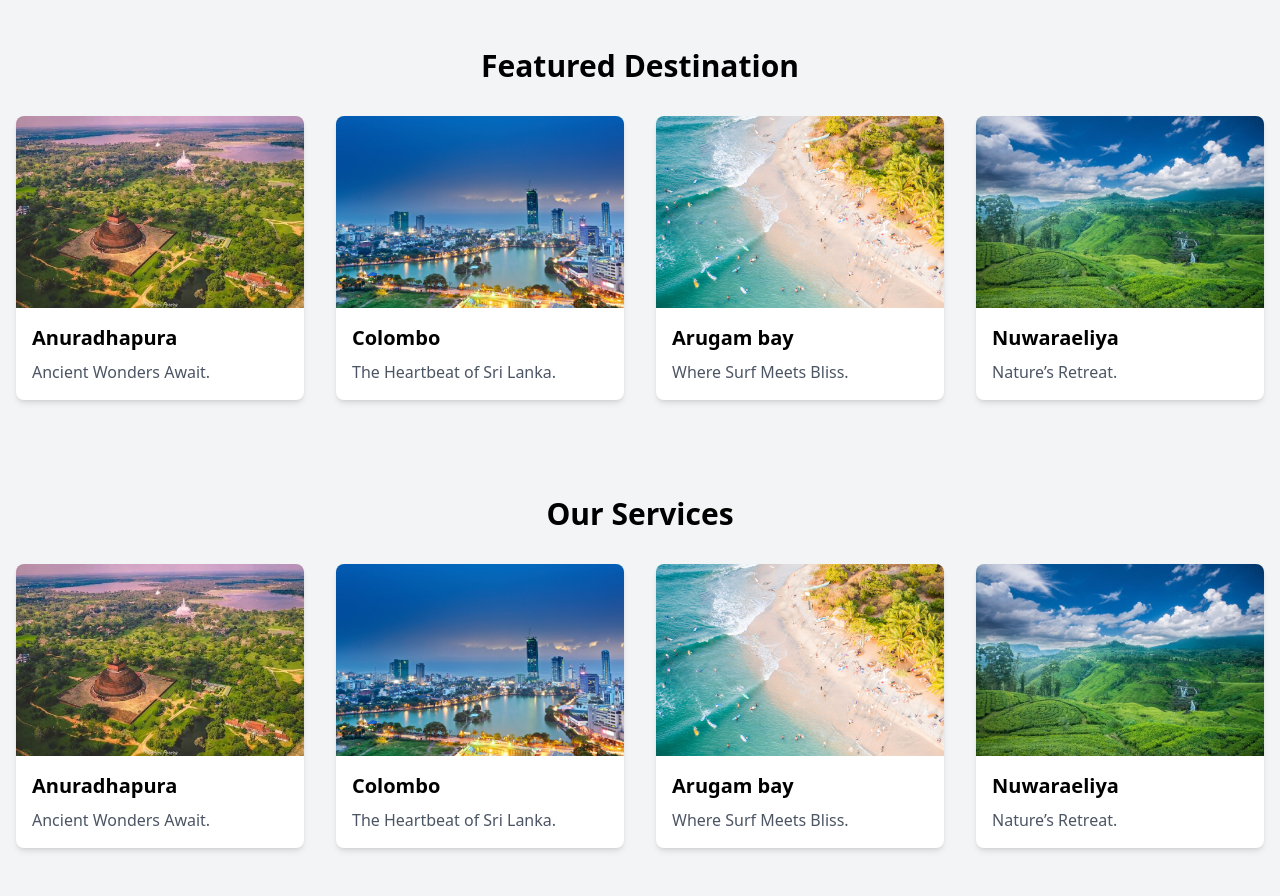
Repository: thisara199/Travel-Agency-Website
Page: /
An editor plug-in stored every save of this project. The page is shown before and after the next save, followed by the edit.
The browser window is 1280 px wide. The pictures show the part of the page from y = 720 to 1616 px (the page is 1616 px tall).
Pictures or frames that could not be fetched are drawn as grey boxes. The project was rebuilt for these pictures with package versions that can differ from the ones it lists, and the page was loaded fresh each time. Also part of the build but not shown: vite.config.js.

Above is the page before, as saved 2024-09-04 05:20:34.

After the next save:
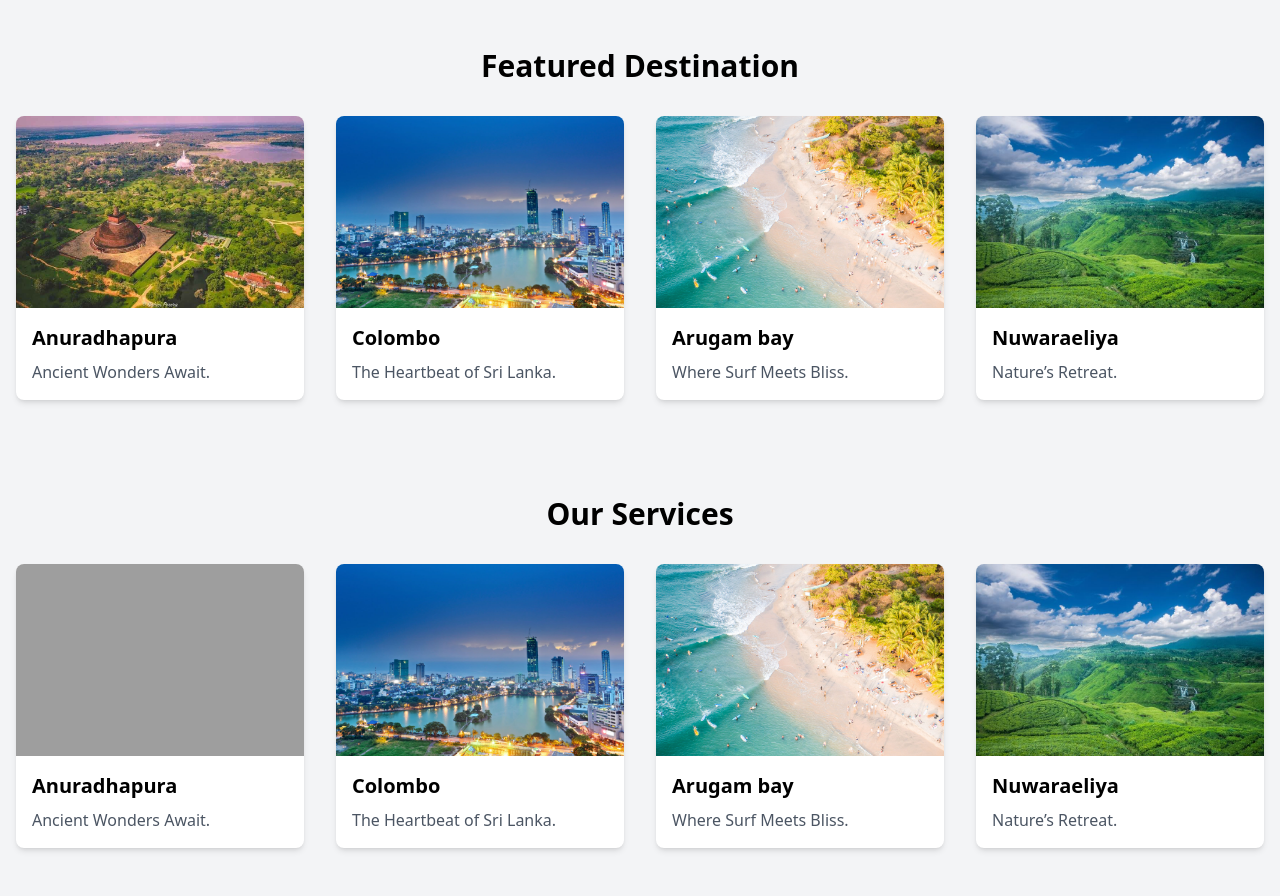
Saved 39 s later.
--- a/src/components/Services/Services.jsx
+++ b/src/components/Services/Services.jsx
@@ -2,11 +2,12 @@ import Img1 from '../../assets/FeaturedDestination/Anuradhapura.jpg'
 import Img2 from '../../assets/FeaturedDestination/Colombo.jpg'
 import Img3 from '../../assets/FeaturedDestination/arugambay.jpg'
 import Img4 from '../../assets/FeaturedDestination/Nuwaraeliya.jpeg'
+import { FaPlane } from 'react-icons/fa'
 
 
 const OurServices = [
   {
-    icon: Img1,
+    icon: <FaPlane className='text-4xl text-blue-500' />,
     title: 'Anuradhapura',
     description: 'Ancient Wonders Await.',
   },
